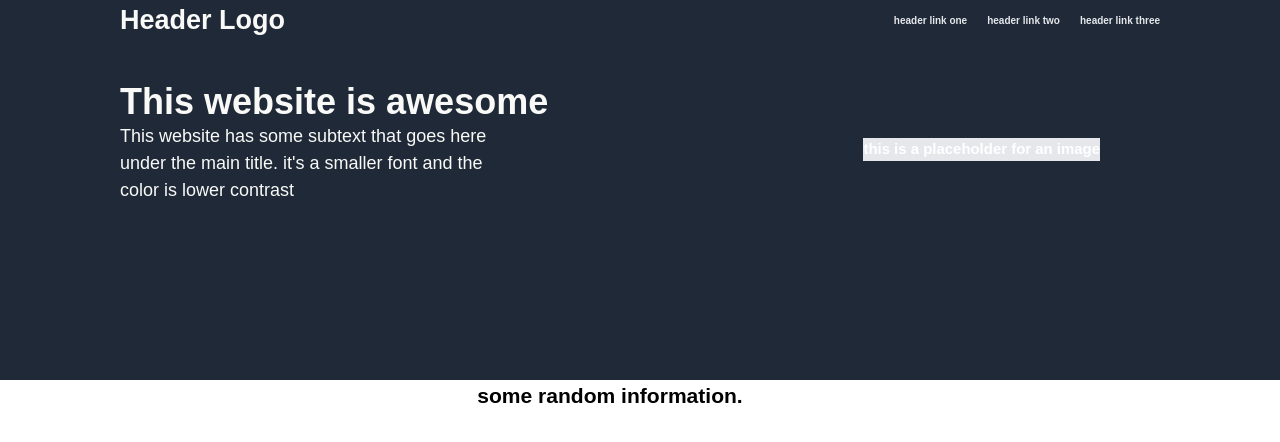
Repository: Grace561/css-exercises
Page: index.html
An editor plug-in stored every save of this project. The page is shown before and after the next save, followed by the edit.
The browser window is 1280 px wide. The pictures show the whole page.

Above is the page before, as saved 2025-04-18 02:46:26.

After the next save:
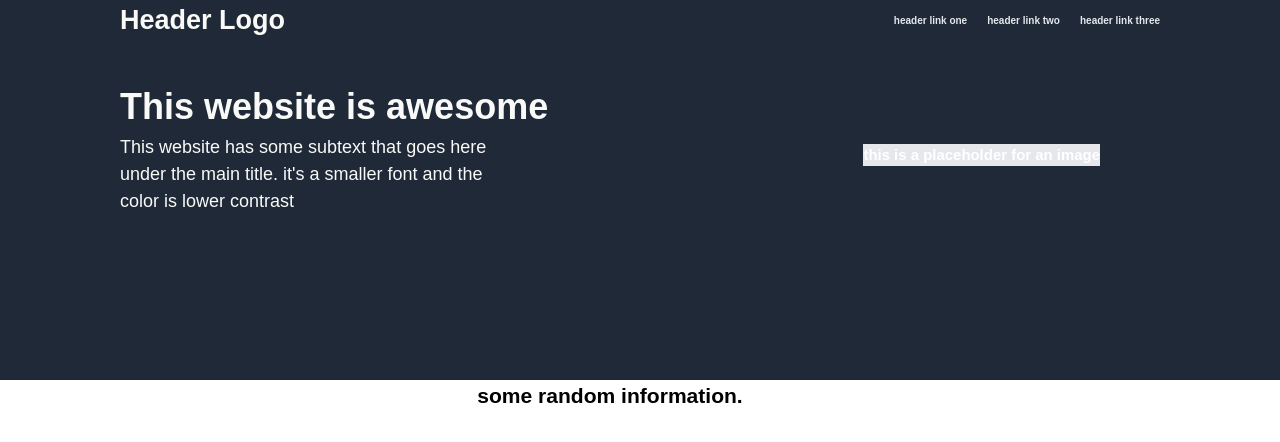
Saved 9 s later.
--- a/style.css
+++ b/style.css
@@ -63,7 +63,7 @@
 .header h1{
     font: weight 3rem;
     font-weight: 900;
-    line-height: 1.2;
+    line-height: 1.;
 }
 
 .header p{

After the save that followed:
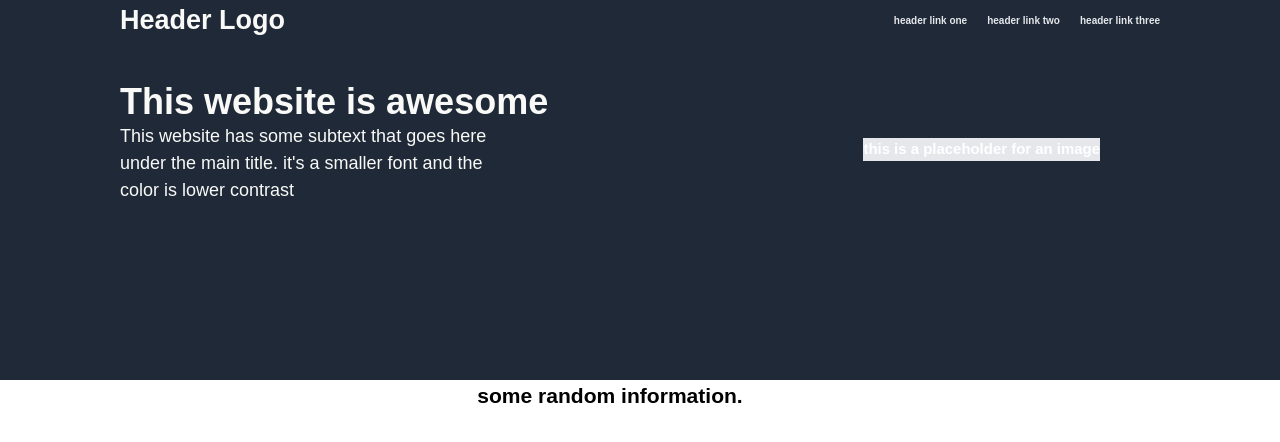
Saved 5 s later.
--- a/style.css
+++ b/style.css
@@ -63,7 +63,7 @@
 .header h1{
     font: weight 3rem;
     font-weight: 900;
-    line-height: 1.;
+    line-height: 1.2;
 }
 
 .header p{
